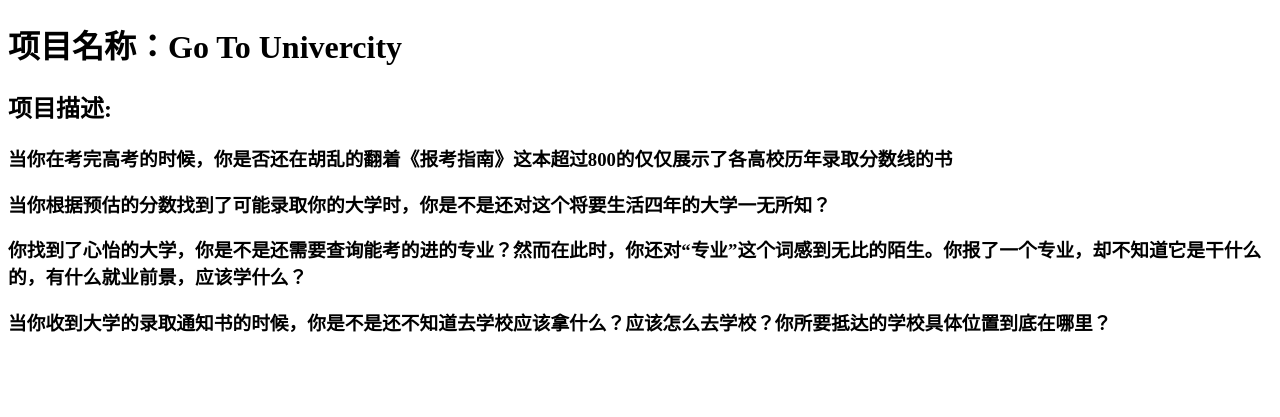
Repository: SUT-GC/GoToUnivercity
Page: http://localhost/GoToUniversity/ideasource/idea.jsp
An editor plug-in stored every save of this project. The page is shown before and after the next save, followed by the edit.
The browser window is 1280 px wide. The pictures show the whole page.
The page is served by Tomcat 9. Nobody is signed in. The application's start-up code is not run.

Above is the page before, as saved 2015-11-16 10:55:01.

### GoToUniversity/WebContent/ideasource/idea.jsp
<%@ page language="java" contentType="text/html; charset=UTF-8"
    pageEncoding="UTF-8"%>
<!DOCTYPE html PUBLIC "-//W3C//DTD HTML 4.01 Transitional//EN" "http://www.w3.org/TR/html4/loose.dtd">
<html>
<head>
<meta http-equiv="Content-Type" content="text/html; charset=UTF-8">
<title>Idea Source</title>
</head>
<body>
	<div class="content">
		<div class="content_head">
			<h1>项目名称：Go To Univercity</h1>
		</div>
		<div class="content_body">
			<div class="content_body_description">
				<h2>项目描述:</h2>
				<h3>
					<p>当你在考完高考的时候，你是否还在胡乱的翻着《报考指南》这本超过800的仅仅展示了各高校历年录取分数线的书</p>
					<p>当你根据预估的分数找到了可能录取你的大学时，你是不是还对这个将要生活四年的大学一无所知？</p>
					<p>你找到了心怡的大学，你是不是还需要查询能考的进的专业？然而在此时，你还对“专业”这个词感到无比的陌生。你报了一个专业，却不知道它是干什么的，有什么就业前景，应该学什么？</p>
					<p>当你收到大学的录取通知书的时候，你是不是还不知道去学校应该拿什么？应该怎么去学校？你所要抵达的学校具体位置到底在哪里？</p>
				</h3>
			</div>
			<div class="content_body_content">

			</div>
		</div>
	</div>
</body>
</html>

After the next save:
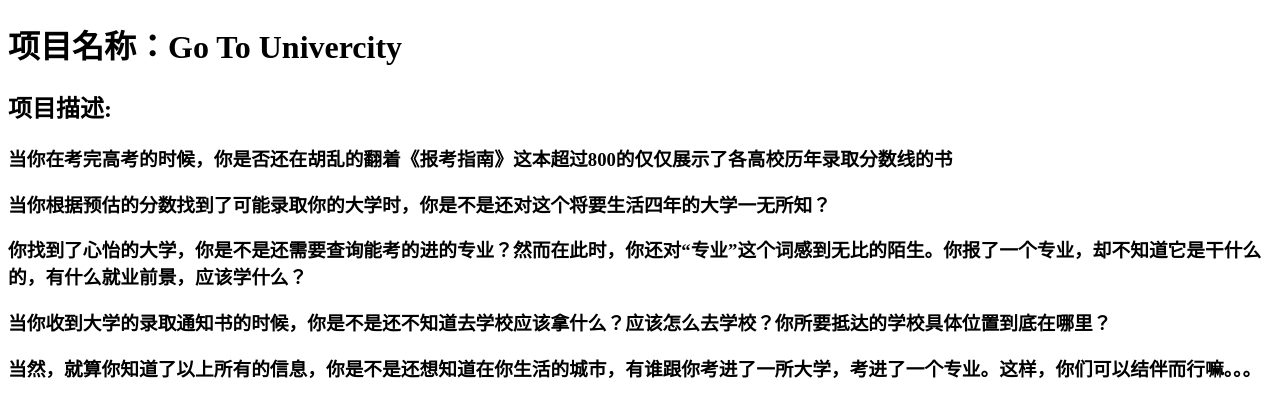
Saved 94 s later.
--- a/GoToUniversity/WebContent/ideasource/idea.jsp
+++ b/GoToUniversity/WebContent/ideasource/idea.jsp
@@ -19,6 +19,7 @@
 					<p>当你根据预估的分数找到了可能录取你的大学时，你是不是还对这个将要生活四年的大学一无所知？</p>
 					<p>你找到了心怡的大学，你是不是还需要查询能考的进的专业？然而在此时，你还对“专业”这个词感到无比的陌生。你报了一个专业，却不知道它是干什么的，有什么就业前景，应该学什么？</p>
 					<p>当你收到大学的录取通知书的时候，你是不是还不知道去学校应该拿什么？应该怎么去学校？你所要抵达的学校具体位置到底在哪里？</p>
+					<p>当然，就算你知道了以上所有的信息，你是不是还想知道在你生活的城市，有谁跟你考进了一所大学，考进了一个专业。这样，你们可以结伴而行嘛。。。</p>
 				</h3>
 			</div>
 			<div class="content_body_content">
